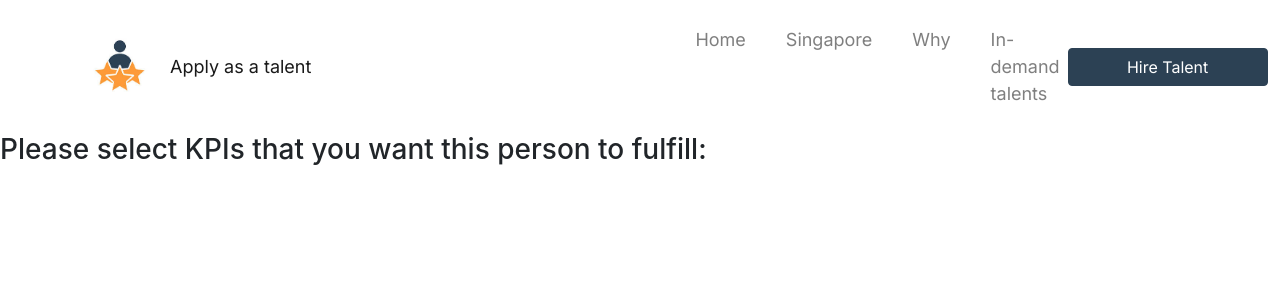
Repository: Ashwe9/talent-hire-reactJs
Page: /kpis
An editor plug-in stored every save of this project. The page is shown before and after the next save, followed by the edit.
The browser window is 1280 px wide. The pictures show the whole page.
The project was rebuilt for these pictures with package versions that can differ from the ones it lists, and the page was loaded fresh each time. A package was used in the major version that the imports need, not the one package.json lists. Also part of the build but not shown: src/homePage/components/TrustedBy/TrustedBy.css, src/homePage/components/TrustedBy/TrustedBy.js, src/homePage/components/Roles/Roles.css, src/homePage/components/Roles/Roles.js, src/homePage/components/homePageFooter/HomePageFooter.css, src/homePage/components/homePageFooter/HomePageFooter.js, src/homePage/HomePage.js, src/projectDetails/ProjectDetails.js.

Above is the page before, as saved 2022-08-18 13:28:39.

### public/index.html
<!DOCTYPE html>
<html lang="en">
  <head>
    <meta charset="utf-8" />
    <link rel="icon" href="%PUBLIC_URL%/favicon.ico" />
    <meta name="viewport" content="width=device-width, initial-scale=1" />
    <meta name="theme-color" content="#000000" />
    <meta
      name="description"
      content="Web site created using create-react-app"
    />
    <link rel="apple-touch-icon" href="%PUBLIC_URL%/logo192.png" />
    <link rel="manifest" href="%PUBLIC_URL%/manifest.json" />
    <link rel="stylesheet" href="https://stackpath.bootstrapcdn.com/bootstrap/4.4.1/css/bootstrap.min.css" integrity="sha384-Vkoo8x4CGsO3+Hhxv8T/Q5PaXtkKtu6ug5TOeNV6gBiFeWPGFN9MuhOf23Q9Ifjh" crossorigin="anonymous">
    <link href='https://fonts.googleapis.com/css?family=Inter' rel='stylesheet'>

    <title>App</title>
  </head>
  <body>
    <noscript>You need to enable JavaScript to run this app.</noscript>
    <div id="root"></div>
    <script src="https://code.jquery.com/jquery-3.4.1.slim.min.js" integrity="sha384-J6qa4849blE2+poT4WnyKhv5vZF5SrPo0iEjwBvKU7imGFAV0wwj1yYfoRSJoZ+n" crossorigin="anonymous"></script>
    <script src="https://cdn.jsdelivr.net/npm/popper.js@1.16.0/dist/umd/popper.min.js" integrity="sha384-Q6E9RHvbIyZFJoft+2mJbHaEWldlvI9IOYy5n3zV9zzTtmI3UksdQRVvoxMfooAo" crossorigin="anonymous"></script>
    <script src="https://stackpath.bootstrapcdn.com/bootstrap/4.4.1/js/bootstrap.min.js" integrity="sha384-wfSDF2E50Y2D1uUdj0O3uMBJnjuUD4Ih7YwaYd1iqfktj0Uod8GCExl3Og8ifwB6" crossorigin="anonymous"></script>  </body>
</html>

### src/App.js
import React from 'react'
import { BrowserRouter as Router, Route, Switch } from 'react-router-dom';
import { HomePage } from './homePage/HomePage';
import KPISPage from './kpisPage/KPISPage';
import ProjectDetails from './projectDetails/ProjectDetails';

function App() {
  return (
    <Router>
      <Switch>
        <Route exact path="/" component={HomePage} />
        <Route exact path="/kpis" component={KPISPage} />
        <Route exact path="/projectdetails" component={ProjectDetails} />
      </Switch>
    </Router>
  );
}

export default App;

### src/kpisPage/KPISPage.js
import React from 'react'
import './KPISPage.css'
import { Navbar } from '../shared-components/Navbar/Navbar'
import Header from './Header'

const KPISPage = () => {
  return (
    <div>
      <Navbar />
      <Header />
    </div>
  )
}

export default KPISPage

### src/shared-components/Navbar/Navbar.js
import React from 'react'
import './Navbar.css'

export const Navbar = () => {
  return (
    <nav className="navbar navbar-expand-lg navbar-light">
      <img src= {require('../../assets/icon.png')} className="icon"/>
      <a className="navbar-brand title" href="#">Apply as a talent</a>
      <button className="navbar-toggler" type="button" data-toggle="collapse" data-target="#navbarText" aria-controls="navbarText" aria-expanded="false" aria-label="Toggle navigation">
        <span className="navbar-toggler-icon"></span>
      </button>
      <div className="collapse navbar-collapse" id="navbarText">
        <ul className="navbar-nav mr-auto">
          <li className="nav-item">
            <a className="nav-link" href="#">Home</a>
          </li>
          <li className="nav-item">
            <a className="nav-link" href="#">Singapore</a>
          </li>
          <li className="nav-item">
            <a className="nav-link" href="#">Why</a>
          </li>
          <li className="nav-item">
            <a className="nav-link" href="#">In-demand talents</a>
          </li>
        </ul>
        <span className="navbar-text">
          <button className='btn btn-dark navbar-btn'>Hire Talent</button>
        </span>
      </div>
    </nav>
  )
}

### src/kpisPage/Header.js
import React from 'react'

const Header = () => {
  return (
    <div className='header-box'>
        <h3>
        Please select KPIs that you want this person to fulfill:
    </h3>
    </div>
  )
}

export default Header

### src/shared-components/Navbar/Navbar.css
.icon{
    width: 80px;
}

.title{
    font-family: "Inter";
    font-style: normal;
    font-weight: 500;
    font-size: 18px;
    line-height: 28px;
    align-items: center;
    color: #444444;
    padding-left: 10px;
}

#navbarText{
    margin-left: 30%;
}
.navbar-items{
    margin: 0 35%;

}

.nav-item{
    font-family: "Inter";
    font-style: normal;
    font-weight: 500;
    font-size: 18px;
    align-items: center;
    color: #444444;
    padding-left: 24px;
}

.navbar-btn{
    font-family: "Inter";
    font-style: bold;
    background: #2c4154;
    /* padding: 5px 50px; */
    border-color: #2c4154;
    width: 200px;
}

.navbar{
    margin: 10px 5%;
}

@media only screen and (max-width: 600px) {
    body {
      background-color: lightblue;
    }
  }

Loaded but not shown: src/index.js (common file); src/reportWebVitals.js (common file); src/index.css (no stored copy; drawn as an empty file); src/kpisPage/KPISPage.css (no stored copy; drawn as an empty file)

After the next save:
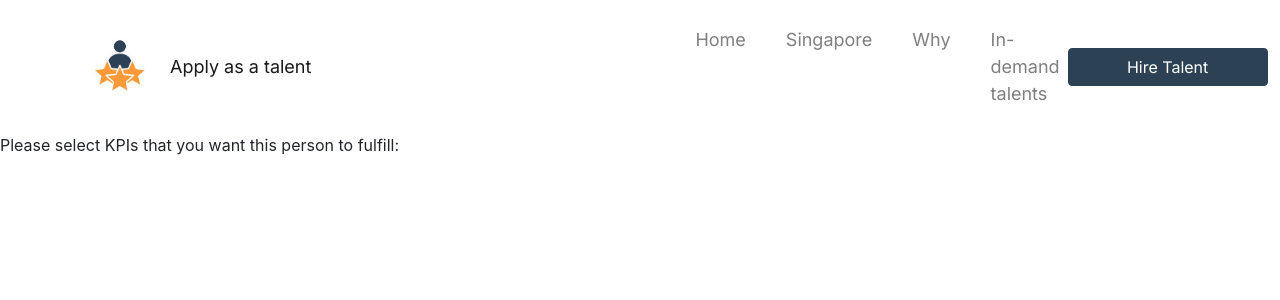
Saved 46 s later.
--- a/src/kpisPage/Header.js
+++ b/src/kpisPage/Header.js
@@ -3,9 +3,9 @@
 const Header = () => {
   return (
     <div className='header-box'>
-        <h3>
-        Please select KPIs that you want this person to fulfill:
-    </h3>
+        <p className='header-by-title'>
+            Please select KPIs that you want this person to fulfill:
+        </p>
     </div>
   )
 }
